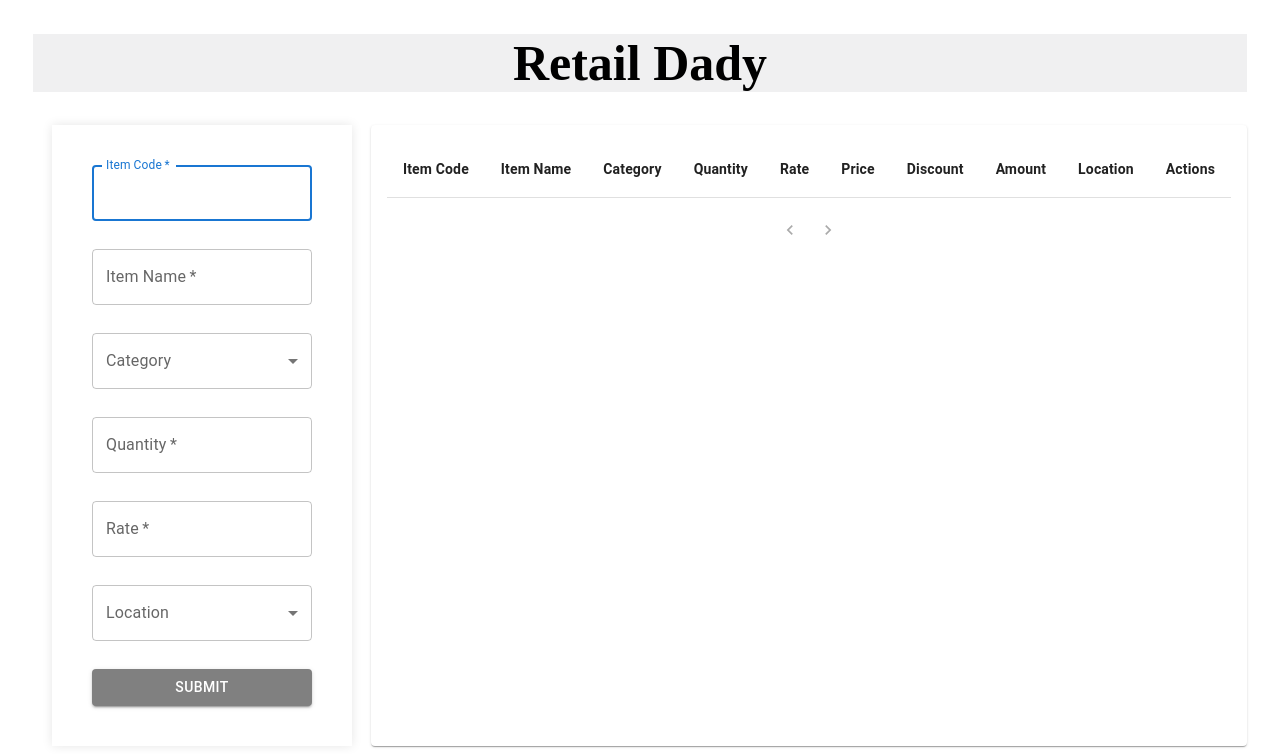
Repository: SharonSebastian32/retail-dady-frontend-app
Page: /
These files come from the project's save history. The page is drawn as it stood at one moment and after a run of saves; the edit follows.
The browser window is 1280 px wide. The pictures show the whole page.
The page's requests for data from a server got no answer. The project was rebuilt for these pictures with package versions that can differ from the ones it lists, and the page was loaded fresh each time. No one was signed in, and anything a server would have sent is missing. Also part of the build but not shown: vite.config.js, src/components/Childrens/FormDialogue.jsx, src/components/Childrens/ViewDetails.jsx, src/App.css.

Above is the page before, as saved 2024-12-07 21:36:25.

After the next 4 saves:
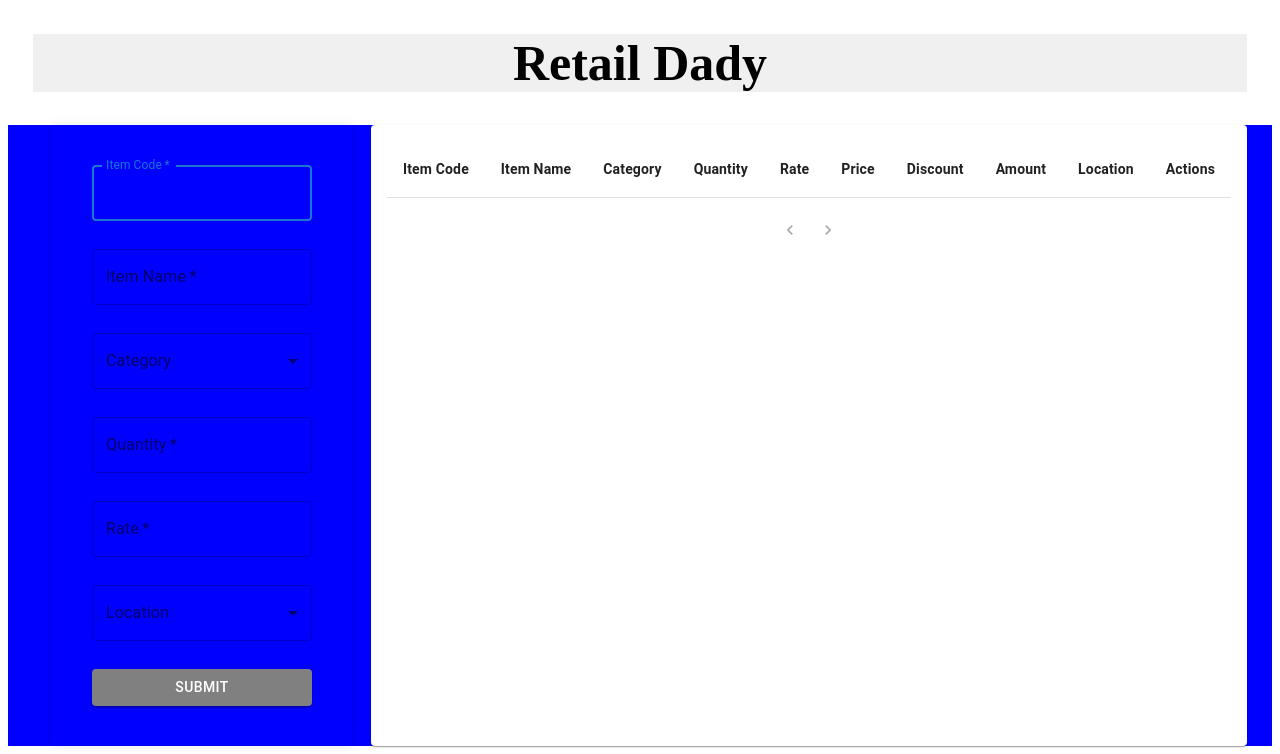
The 4 saves are shown as one change because 1 did not build or start and some came seconds apart.
The last was saved 38 s later.
--- a/src/App.jsx
+++ b/src/App.jsx
@@ -31,6 +31,7 @@
           flexDirection: "row",
           padding: "0px 25px",
           justifyContent: "space-between",
+          backgroundColor: "blue",
         }}
       >
         <InvoiceForm onFormSubmit={triggerRefresh} />
